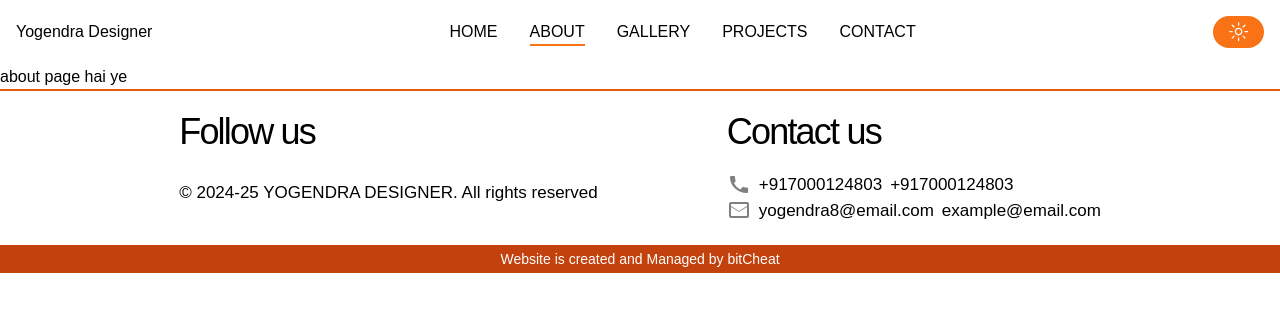
Repository: hitoutvrma/MB_designs-Interior-Designing-website
Page: /about
These files come from the project's save history. The page is drawn as it stood at one moment and after the next save; the edit follows.
The browser window is 1280 px wide. The pictures show the whole page.
The project was rebuilt for these pictures with package versions that can differ from the ones it lists, and the page was loaded fresh each time. The framework's server and built-in components were replaced by stand-ins that run in the browser. Also part of the build but not shown: next.config.mjs.

Above is the page before, as saved 2024-09-16 17:59:00.

### app/layout.js
import localFont from "next/font/local";
import { Sen } from "next/font/google";
import "./globals.css";
import Header from "@/components/ui/Header";
import Footer from "@/components/ui/Footer";
import { ThemeProvider } from "@/components/ThemeProvider";

const josef = Sen({
  subsets:["latin"],
  weight:["400","500","600","700"],
  display:"swap"
})

// const geistSans = localFont({
//   src: "./fonts/GeistVF.woff",
//   variable: "--font-geist-sans",
//   weight: "100 900",
// });
// const geistMono = localFont({
//   src: "./fonts/GeistMonoVF.woff",
//   variable: "--font-geist-mono",
//   weight: "100 900",
// });

export const metadata = {
  title: "Create Next App",
  description: "Generated by create next app",
};

export default function RootLayout({ children }) {
  return (
    <html lang="en" suppressHydrationWarning>
      <body
        className={`${josef.variable} ${josef.variable} antialiased`}
      >
        <ThemeProvider attribute='class' defaultTheme='light'>

        <Header/>
        {children}
        <Footer/>
        </ThemeProvider>
      </body>
    </html>
  );
}

### app/about/page.jsx
import React from 'react'

const page = () => {
  return (
    <div>
      about page hai ye
    </div>
  )
}

export default page

### app/globals.css
@tailwind base;
@tailwind components;
@tailwind utilities;


body {
  color: var(--foreground);
  background: var(--background);
  font-family: Arial, Helvetica, sans-serif;
}

@layer utilities {
  .text-balance {
    text-wrap: balance;
  }
}


@layer base {
  :root {
    --background: 0 0% 100%;
    --foreground: 20 14.3% 4.1%;
    --card: 0 0% 100%;
    --card-foreground: 20 14.3% 4.1%;
    --popover: 0 0% 100%;
    --popover-foreground: 20 14.3% 4.1%;
    --primary: 24.6 95% 53.1%;
    --primary-foreground: 60 9.1% 97.8%;
    --secondary: 60 4.8% 95.9%;
    --secondary-foreground: 24 9.8% 10%;
    --muted: 60 4.8% 95.9%;
    --muted-foreground: 25 5.3% 44.7%;
    --accent: 60 4.8% 95.9%;
    --accent-foreground: 24 9.8% 10%;
    --destructive: 0 84.2% 60.2%;
    --destructive-foreground: 60 9.1% 97.8%;
    --border: 20 5.9% 90%;
    --input: 20 5.9% 90%;
    --ring: 24.6 95% 53.1%;
    --radius: 0.5rem;
    --chart-1: 12 76% 61%;
    --chart-2: 173 58% 39%;
    --chart-3: 197 37% 24%;
    --chart-4: 43 74% 66%;
    --chart-5: 27 87% 67%;
  }

  .dark {
    --background: 20 14.3% 4.1%;
    --foreground: 60 9.1% 97.8%;
    --card: 20 14.3% 4.1%;
    --card-foreground: 60 9.1% 97.8%;
    --popover: 20 14.3% 4.1%;
    --popover-foreground: 60 9.1% 97.8%;
    --primary: 20.5 90.2% 48.2%;
    --primary-foreground: 60 9.1% 97.8%;
    --secondary: 12 6.5% 15.1%;
    --secondary-foreground: 60 9.1% 97.8%;
    --muted: 12 6.5% 15.1%;
    --muted-foreground: 24 5.4% 63.9%;
    --accent: 12 6.5% 15.1%;
    --accent-foreground: 60 9.1% 97.8%;
    --destructive: 0 72.2% 50.6%;
    --destructive-foreground: 60 9.1% 97.8%;
    --border: 12 6.5% 15.1%;
    --input: 12 6.5% 15.1%;
    --ring: 20.5 90.2% 48.2%;
    --chart-1: 220 70% 50%;
    --chart-2: 160 60% 45%;
    --chart-3: 30 80% 55%;
    --chart-4: 280 65% 60%;
    --chart-5: 340 75% 55%;
  }
}



@layer base {
  * {
    @apply border-border;
  }
  body {
    @apply bg-background text-foreground;
  }
}

.h1{
  @apply text-6xl xl:text-[72px] xl:leading-[80px] tracking-[-2px] font-bold mb-5 mt-4;
}

### components/ui/Header.jsx
'use client';
import React from 'react'
 import ThemeToggler from '../ThemeToggler'
import MobileNavigation from './MobileNavigation';
import Nav from './Nav';
const Header = () => {
  return (
    <div className='flex justify-between p-4 items-center '>
      <div>Yogendra Designer</div>
      <Nav containerStyles='hidden xl:flex gap-8 items-center' linkStyles='relative hover:text-primary transition-all' underlineStyles ='absolute left-0 top-full h-[2px] bg-primary w-full'
      />
      <div className='flex gap-2 items-center'>

      <ThemeToggler/>
      <div className='xl:hidden'>

      <MobileNavigation/>
      </div>
      </div>
    </div>
  )
}

export default Header

### components/ui/Footer.jsx
import React from 'react'

const Footer = () => {
  return (
    <div className='w-screen'>

    <div class="sm:flex justify-between  border-t-2 border-t-orange-600  backdrop-blur-lg sm:px-[14vw] py-[3vh] text-[17px] ">
  <div>
    <head>
    <link rel="stylesheet" href="https://cdnjs.cloudflare.com/ajax/libs/font-awesome/6.0.0-beta3/css/all.min.css"/>

    </head>
    <h1 class="pb-5 text-4xl tracking-tighter">Follow us</h1>
    <div className='flex gap-x-6 pb-2 text-4xl'>
    <a href="https://instagram/hitoutvrma" className="text-gray-600 hover:text-pink-500 transition-transform duration-300 transform hover:scale-110"><i class="fa-brands fa-instagram" ></i></a>
      <a href="https://www.linkedin.com/in/hitesh-verma-3695b0254/" className="text-gray-600 hover:text-blue-700 transition-transform duration-300 transform hover:scale-110"><i class="fa-brands fa-linkedin"></i></a>
      <a href="https://x.com/hitesh_404" className="text-gray-600 hover:text-blue-700 transition-transform duration-300 transform hover:scale-110"><i class="fa-brands fa-facebook"></i></a>
    </div>
    <div>&copy; 2024-25 YOGENDRA DESIGNER. All rights reserved</div>
  </div>
  <div>
    <h1 class="pb-5 text-4xl tracking-tighter">Contact us</h1>
    <div class="flex gap-x-2">
      <svg class="text" xmlns="http://www.w3.org/2000/svg" viewBox="0 0 24 24" width="24" height="24" fill="gray">
        <path d="M6.62 10.79a15.533 15.533 0 006.59 6.59l2.2-2.2a1 1 0 011.09-.27c1.12.37 2.33.57 3.6.57a1 1 0 011 1V20a1 1 0 01-1 1C10.29 21 3 13.71 3 5a1 1 0 011-1h3.01a1 1 0 011 1c0 1.27.2 2.48.57 3.6a1 1 0 01-.27 1.09l-2.2 2.2z" />
      </svg>
      <a href="tel:+917000124803" class="hover:underline">+917000124803</a>
      <a href="tel:+917000124803" class="hover:underline">+917000124803</a>
    </div>
    <div class="flex gap-x-2">
      <svg xmlns="http://www.w3.org/2000/svg" viewBox="0 0 24 24" width="24" height="24" fill="gray">
        <path d="M20 4H4a2 2 0 00-2 2v12a2 2 0 002 2h16a2 2 0 002-2V6a2 2 0 00-2-2zM4 6h16v2l-8 5-8-5V6zm0 12V9l7.39 4.62a1 1 0 001.22 0L20 9v9H4z" />
      </svg>
      <a href="mailto:example@email.com" class="hover:underline">yogendra8@email.com</a>

      <a href="mailto:example@email.com" class="hover:underline">example@email.com</a>
    </div>
  </div>
    </div>
  <div className='flex items-center justify-center p-1 text-sm bg-orange-700 text-white border-t-orange-600'>Website is created and Managed by bitCheat</div>
</div>

  )
}

export default Footer

### components/ThemeProvider.jsx
'use client';

import { ThemeProvider as NextThemesProvider } from "next-themes";

export function ThemeProvider({ children, ...props }) {
    return <NextThemesProvider {...props}>
        { children }
    </NextThemesProvider>
}

### components/ThemeToggler.jsx
import { Button } from "./ui/button";
import { useTheme } from "next-themes";
import { SunIcon, MoonIcon } from "@radix-ui/react-icons";

const ThemeToggler = () => {
    const { theme, setTheme } = useTheme();

  return (
    <div>
      <Button  onClick={()=>setTheme(theme==='dark'?'light':'dark')}>
        <SunIcon className="h-[1.2rem] w-[1.2rem] scale-100 rotate-0 transition-all dark:rotate-90 dark:scale-0"/>
        <MoonIcon className="w-[1rem] absolute scale-0 rotate-90 transition-all dark:rotate-0 dark:scale-100"/>
      </Button>
    </div>
  )
}

export default ThemeToggler

### components/ui/MobileNavigation.jsx
import React from 'react'

import {Sheet, SheetContent, SheetTrigger} from '@/components/ui/sheet';
import Nav from './Nav';
import { AlignJustify } from 'lucide-react';

const MobileNavigation = () => {
  return (
    <Sheet>
        <SheetTrigger asChild>
            <AlignJustify className='cursor-pointer'/>
        </SheetTrigger>
        <SheetContent>
            <div className='p-3 flex flex-col items-center'>
                <div>
                    <div>Yogendra designer</div>
                    <Nav containerStyles='flex flex-col items-center gap-y-2' linkStyles='text-1xl '/>
                </div>
            </div>
        </SheetContent>
    </Sheet>
  )
}

export default MobileNavigation

### components/ui/Nav.jsx
//Hooks

import { usePathname } from "next/navigation";
import { motion } from "framer-motion";
import Link from "next/link";

const links = [
    {
        path:'/',name:'home'
    },
    {
        path:'/about',name:'about'
    },
    {
        path:'/gallery',name:'gallery'
    },
    {
        path:'/projects',name:'projects'
    },
    {
        path:'/contact',name:'contact'
    },
]
const Nav = ({ containerStyles, linkStyles, underlineStyles } ) => {

    const path = usePathname();
  return (
    <div className={`${containerStyles}`} >
        {
            links.map((link,index) =>{
                return(
                    <Link href={link.path}
                    key={index} className={`uppercase ${linkStyles}`}>
                        {link.path===path && (
                            <motion.span
                            initial={{y:'-100%'}}
                            animate={{y:0}}
                            transition={{ type:'tween'}}
                            layoutId="underline"
                            className={`${underlineStyles}`}
                            />
                        )}
                        {link.name}

                    </Link>
                )
            })
        }
      </div>
  )
}

export default Nav

### components/ui/button.jsx
import * as React from "react"
import { Slot } from "@radix-ui/react-slot"
import { cva } from "class-variance-authority";

import { cn } from "@/lib/utils"

const buttonVariants = cva(
  "inline-flex items-center justify-center whitespace-nowrap rounded-full text-base font-medium ring-offset-background transition-colors focus-visible:outline-none focus-visible:ring-2 focus-visible:ring-ring focus-visible:ring-offset-2 disabled:pointer-events-none disabled:opacity-50",
  {
    variants: {
      variant: {
        default: "bg-primary text-primary-foreground hover:bg-primary/90",
        destructive:
          "bg-destructive text-destructive-foreground hover:bg-destructive/90",
        outline:
          "border border-input bg-background hover:bg-accent hover:text-accent-foreground",
        secondary:
          "bg-secondary text-secondary-foreground hover:bg-secondary/80",
        ghost: "hover:bg-accent hover:text-accent-foreground",
        link: "text-primary underline-offset-4 hover:underline",
      },
      size: {
        default: "sm:h-[2.5vw] h-[7vw] px-4 py-2",
        sm: "h-9 rounded-md px-3",
        lg: "h-11 rounded-md px-8",
        icon: "h-10 w-10",
      },
    },
    defaultVariants: {
      variant: "default",
      size: "default",
    },
  }
)

const Button = React.forwardRef(({ className, variant, size, asChild = false, ...props }, ref) => {
  const Comp = asChild ? Slot : "button"
  return (
    (<Comp
      className={cn(buttonVariants({ variant, size, className }))}
      ref={ref}
      {...props} />)
  );
})
Button.displayName = "Button"

export { Button, buttonVariants }

### components/ui/sheet.jsx
"use client";
import * as React from "react"
import * as SheetPrimitive from "@radix-ui/react-dialog"
import { cva } from "class-variance-authority";
import { X } from "lucide-react"

import { cn } from "@/lib/utils"

const Sheet = SheetPrimitive.Root

const SheetTrigger = SheetPrimitive.Trigger

const SheetClose = SheetPrimitive.Close

const SheetPortal = SheetPrimitive.Portal

const SheetOverlay = React.forwardRef(({ className, ...props }, ref) => (
  <SheetPrimitive.Overlay
    className={cn(
      "fixed inset-0 z-50 bg-black/80  data-[state=open]:animate-in data-[state=closed]:animate-out data-[state=closed]:fade-out-0 data-[state=open]:fade-in-0",
      className
    )}
    {...props}
    ref={ref} />
))
SheetOverlay.displayName = SheetPrimitive.Overlay.displayName

const sheetVariants = cva(
  "fixed z-50 gap-4 bg-background p-6 shadow-lg transition ease-in-out data-[state=open]:animate-in data-[state=closed]:animate-out data-[state=closed]:duration-300 data-[state=open]:duration-500",
  {
    variants: {
      side: {
        top: "inset-x-0 top-0 border-b data-[state=closed]:slide-out-to-top data-[state=open]:slide-in-from-top",
        bottom:
          "inset-x-0 bottom-0 border-t data-[state=closed]:slide-out-to-bottom data-[state=open]:slide-in-from-bottom",
        left: "inset-y-0 left-0 h-full w-3/4 border-r data-[state=closed]:slide-out-to-left data-[state=open]:slide-in-from-left sm:max-w-sm",
        right:
          "inset-y-0 right-0 h-full w-3/4  border-l data-[state=closed]:slide-out-to-right data-[state=open]:slide-in-from-right sm:max-w-sm",
      },
    },
    defaultVariants: {
      side: "right",
    },
  }
)

const SheetContent = React.forwardRef(({ side = "right", className, children, ...props }, ref) => (
  <SheetPortal>
    <SheetOverlay />
    <SheetPrimitive.Content ref={ref} className={cn(sheetVariants({ side }), className)} {...props}>
      {children}
      <SheetPrimitive.Close
        className="absolute right-4 top-4 rounded-sm opacity-70 ring-offset-background transition-opacity hover:opacity-100 focus:outline-none focus:ring-2 focus:ring-ring focus:ring-offset-2 disabled:pointer-events-none data-[state=open]:bg-secondary">
        <X className="h-4 w-4" />
        <span className="sr-only">Close</span>
      </SheetPrimitive.Close>
    </SheetPrimitive.Content>
  </SheetPortal>
))
SheetContent.displayName = SheetPrimitive.Content.displayName

const SheetHeader = ({
  className,
  ...props
}) => (
  <div
    className={cn("flex flex-col space-y-2 text-center sm:text-left", className)}
    {...props} />
)
SheetHeader.displayName = "SheetHeader"

const SheetFooter = ({
  className,
  ...props
}) => (
  <div
    className={cn("flex flex-col-reverse sm:flex-row sm:justify-end sm:space-x-2", className)}
    {...props} />
)
SheetFooter.displayName = "SheetFooter"

const SheetTitle = React.forwardRef(({ className, ...props }, ref) => (
  <SheetPrimitive.Title
    ref={ref}
    className={cn("text-lg font-semibold text-foreground", className)}
    {...props} />
))
SheetTitle.displayName = SheetPrimitive.Title.displayName

const SheetDescription = React.forwardRef(({ className, ...props }, ref) => (
  <SheetPrimitive.Description
    ref={ref}
    className={cn("text-sm text-muted-foreground", className)}
    {...props} />
))
SheetDescription.displayName = SheetPrimitive.Description.displayName

export {
  Sheet,
  SheetPortal,
  SheetOverlay,
  SheetTrigger,
  SheetClose,
  SheetContent,
  SheetHeader,
  SheetFooter,
  SheetTitle,
  SheetDescription,
}

### tailwind.config.js
/** @type {import('tailwindcss').Config} */
module.exports = {
	darkMode: ["class"], // Dark mode setting
	content: [
	  "./pages/**/*.{js,ts,jsx,tsx,mdx}",
	  "./components/**/*.{js,ts,jsx,tsx,mdx}",
	  "./app/**/*.{js,ts,jsx,tsx,mdx}",
	],
	theme: {
	  // Container customization
	  container: {
		center: true, // Centers the container horizontally
		padding: '2rem', // Adds 1rem of padding (16px) on all sides
		screens: {
		  sm: '100%',  // Container takes 100% width on small screens
		  md: '100%',  // Container takes 100% width on medium screens
		  lg: '1024px', // Container is 1024px wide on large screens
		  xl: '1280px', // Container is 1280px wide on extra-large screens
		  '2xl': '1536px', // Container is 1536px wide on 2XL screens
		},
	  },
	  extend: {
		// Extending color palette
		colors: {
		  background: 'hsl(var(--background))',
		  foreground: 'hsl(var(--foreground))',
		  card: {
			DEFAULT: 'hsl(var(--card))',
			foreground: 'hsl(var(--card-foreground))',
		  },
		  popover: {
			DEFAULT: 'hsl(var(--popover))',
			foreground: 'hsl(var(--popover-foreground))',
		  },
		  primary: {
			DEFAULT: 'hsl(var(--primary))',
			foreground: 'hsl(var(--primary-foreground))',
		  },
		  secondary: {
			DEFAULT: 'hsl(var(--secondary))',
			foreground: 'hsl(var(--secondary-foreground))',
		  },
		  muted: {
			DEFAULT: 'hsl(var(--muted))',
			foreground: 'hsl(var(--muted-foreground))',
		  },
		  accent: {
			DEFAULT: 'hsl(var(--accent))',
			foreground: 'hsl(var(--accent-foreground))',
		  },
		  destructive: {
			DEFAULT: 'hsl(var(--destructive))',
			foreground: 'hsl(var(--destructive-foreground))',
		  },
		  border: 'hsl(var(--border))',
		  input: 'hsl(var(--input))',
		  ring: 'hsl(var(--ring))',
		  chart: {
			'1': 'hsl(var(--chart-1))',
			'2': 'hsl(var(--chart-2))',
			'3': 'hsl(var(--chart-3))',
			'4': 'hsl(var(--chart-4))',
			'5': 'hsl(var(--chart-5))',
		  },
		},
		// Extending border radius
		borderRadius: {
		  lg: 'var(--radius)',
		  md: 'calc(var(--radius) - 2px)',
		  sm: 'calc(var(--radius) - 4px)',
		},
	  },
	},
	plugins: [require("tailwindcss-animate")],
  };

Loaded but not shown: lib/utils.js (common file)

After the next save:
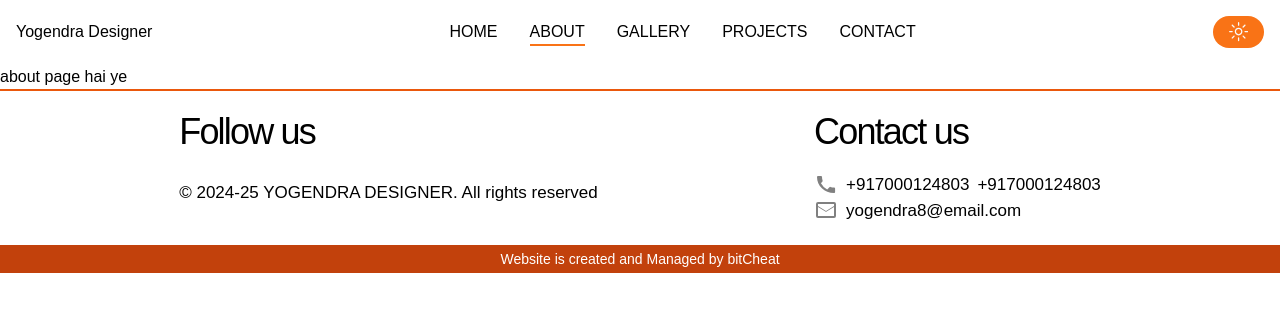
Saved 46 s later.
--- a/components/ui/Footer.jsx
+++ b/components/ui/Footer.jsx
@@ -32,8 +32,6 @@ const Footer = () => {
         <path d="M20 4H4a2 2 0 00-2 2v12a2 2 0 002 2h16a2 2 0 002-2V6a2 2 0 00-2-2zM4 6h16v2l-8 5-8-5V6zm0 12V9l7.39 4.62a1 1 0 001.22 0L20 9v9H4z" />
       </svg>
       <a href="mailto:example@email.com" class="hover:underline">yogendra8@email.com</a>
-
-      <a href="mailto:example@email.com" class="hover:underline">example@email.com</a>
     </div>
   </div>
     </div>
